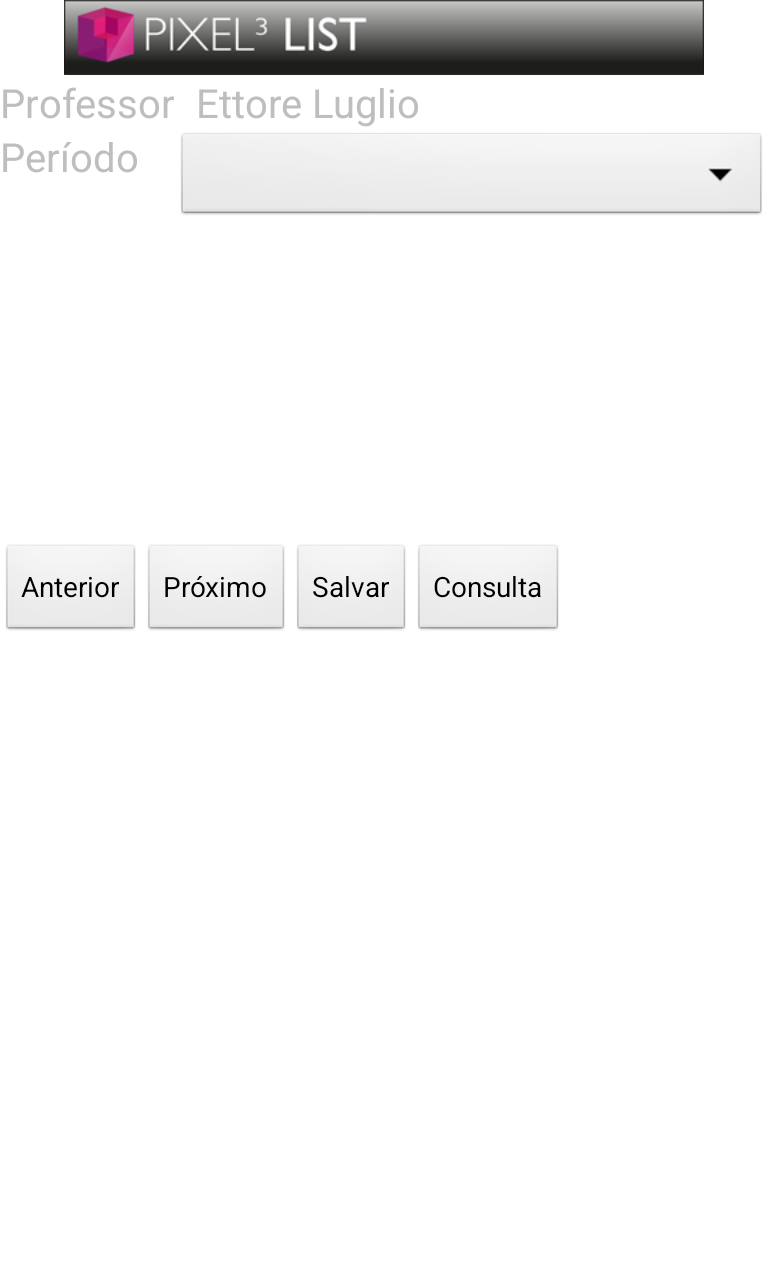
Repository: pixel3mobi/listaDigital
Layout: Pixel3List/res/layout/chamada.xml
The author's editor kept a copy of each file at every save. The layout is drawn from the files as they stood at one save, then again after the next save.
It is drawn on a 768 x 1280 px phone screen (xhdpi) without system bars, with theme android:Theme; the app's code is not run. Lists and similar views that code fills are empty.

Above is the layout before, as saved 2011-03-23 03:41:40.

After the next save:
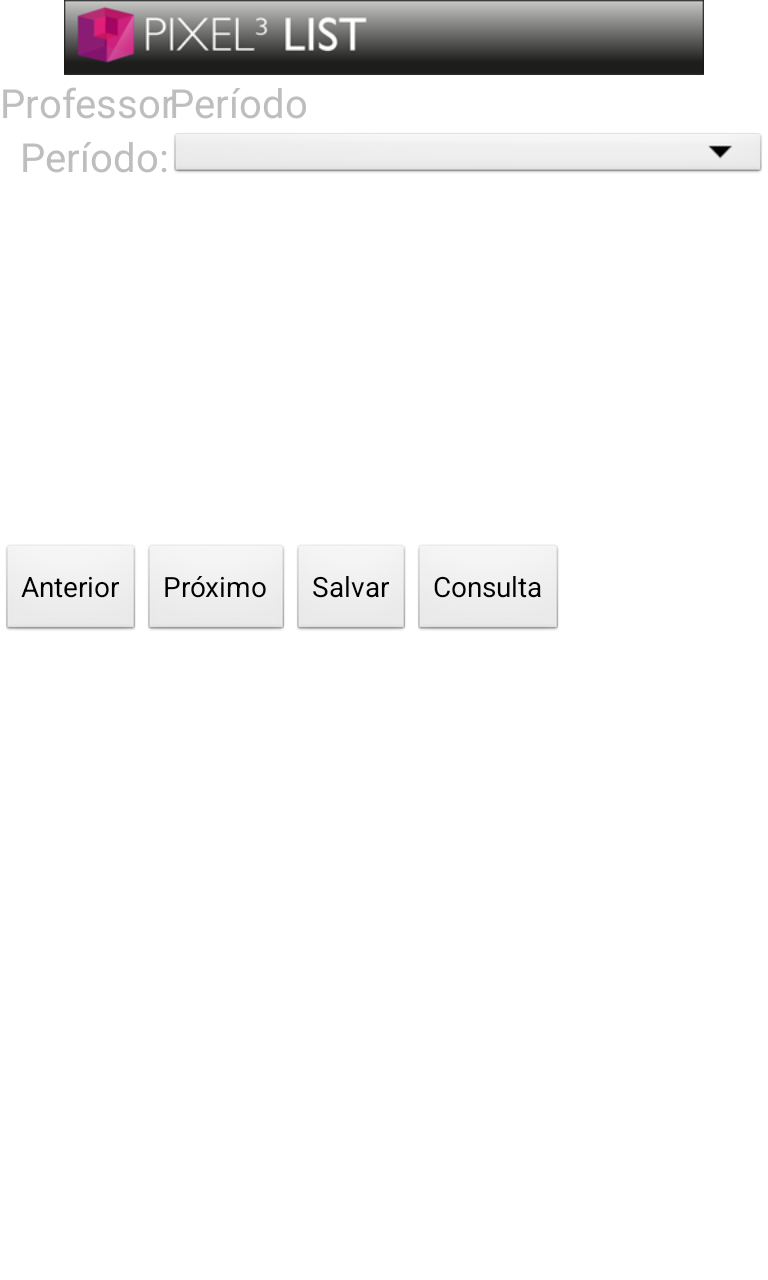
Saved 4 min 41 s later.
--- a/Pixel3List/res/layout/chamada.xml
+++ b/Pixel3List/res/layout/chamada.xml
@@ -29,35 +29,9 @@
 			android:layout_width="wrap_content"
 			android:layout_alignParentTop="true">
 		</TextView>
-		<TextView
-			android:layout_height="wrap_content"
-			android:layout_toRightOf="@+id/txtProfessor"
-			android:paddingLeft="10dip"
-			android:textSize="20dip"
-			android:text="Ettore Luglio"
-			android:id="@+id/txtPeriodo"
-			android:layout_width="wrap_content"
-			android:layout_alignTop="@+id/txtProfessor"
-			android:layout_alignBottom="@+id/txtProfessor">
-		</TextView>
-		<Spinner
-			android:paddingLeft="10dip"
-			android:layout_width="fill_parent"
-			android:id="@+id/periodos"
-			android:layout_height="48dip"
-			android:layout_below="@+id/txtPeriodo"
-			android:layout_alignLeft="@+id/txtPeriodo">
-		</Spinner>
-		<TextView
-			android:layout_height="wrap_content"
-			android:layout_below="@+id/txtProfessor"
-			android:text="Período"
-			android:textSize="20dip"
-			android:id="@+id/nomeProfessor"
-			android:layout_width="wrap_content"
-			android:layout_alignLeft="@+id/txtProfessor"
-			android:layout_alignRight="@+id/txtProfessor">
-		</TextView>
+		<TextView android:id="@+id/txtPeriodo" android:textSize="20dip" android:layout_height="wrap_content" android:paddingLeft="10dip" android:layout_width="wrap_content" android:text="Período:" android:layout_below="@+id/txtProfessor" android:layout_alignLeft="@+id/txtProfessor"></TextView>
+		<Spinner android:layout_height="48dip" android:layout_width="fill_parent" android:paddingLeft="10dip" android:id="@+id/periodos" android:layout_toRightOf="@+id/txtPeriodo" android:layout_alignTop="@+id/txtPeriodo" android:layout_alignBottom="@+id/txtPeriodo"></Spinner>
+		<TextView android:id="@+id/nomeProfessor" android:textSize="20dip" android:layout_height="wrap_content" android:layout_width="wrap_content" android:text="Período" android:layout_above="@+id/periodos" android:layout_alignLeft="@+id/periodos"></TextView>
 	</RelativeLayout>
 	<RelativeLayout
 		android:layout_height="wrap_content"
